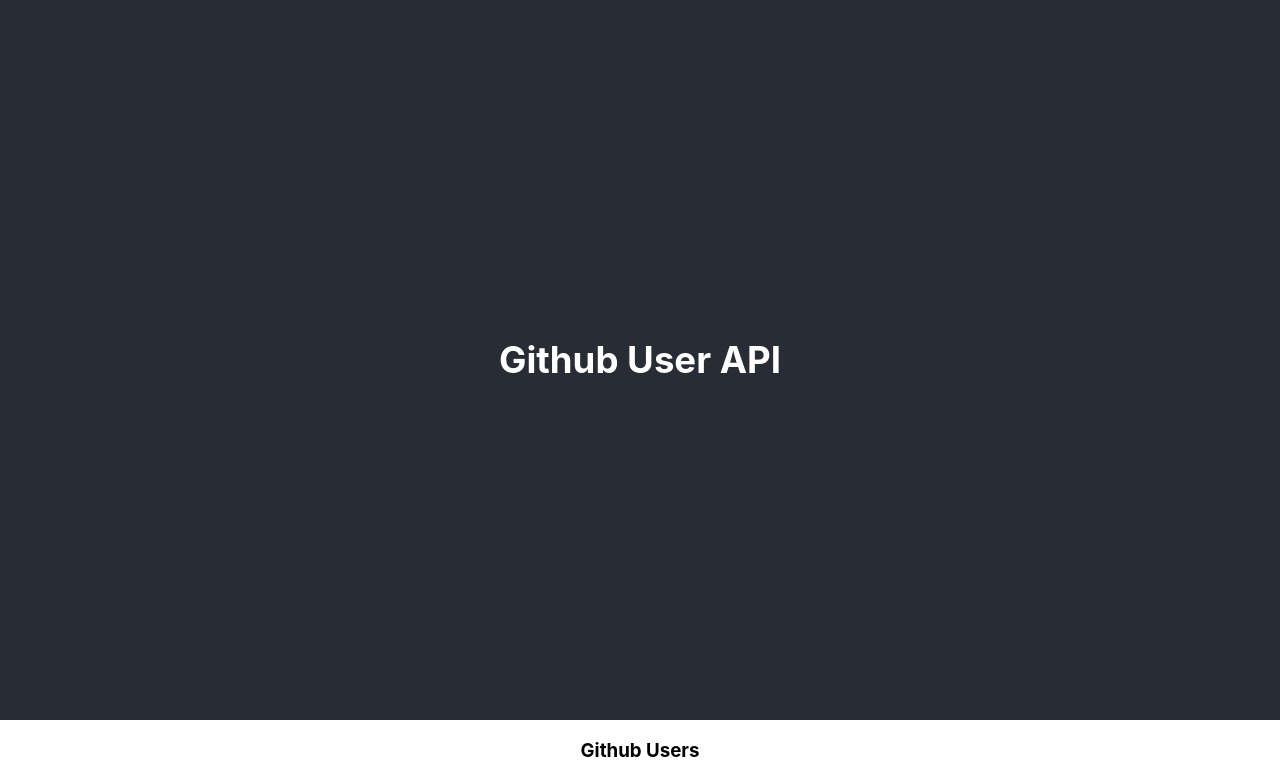
Repository: JohnDunst/gittest
Page: /
The author's editor kept a copy of each file at every save. The page is drawn from the files as they stood at one save, then again after the next save.
The browser window is 1280 px wide. The pictures show the whole page.
The page's requests for data from a server got no answer. The project was rebuilt for these pictures with package versions that can differ from the ones it lists, and the page was loaded fresh each time. No one was signed in, and anything a server would have sent is missing.

Above is the page before, as saved 2023-08-05 23:52:06.

After the next save:
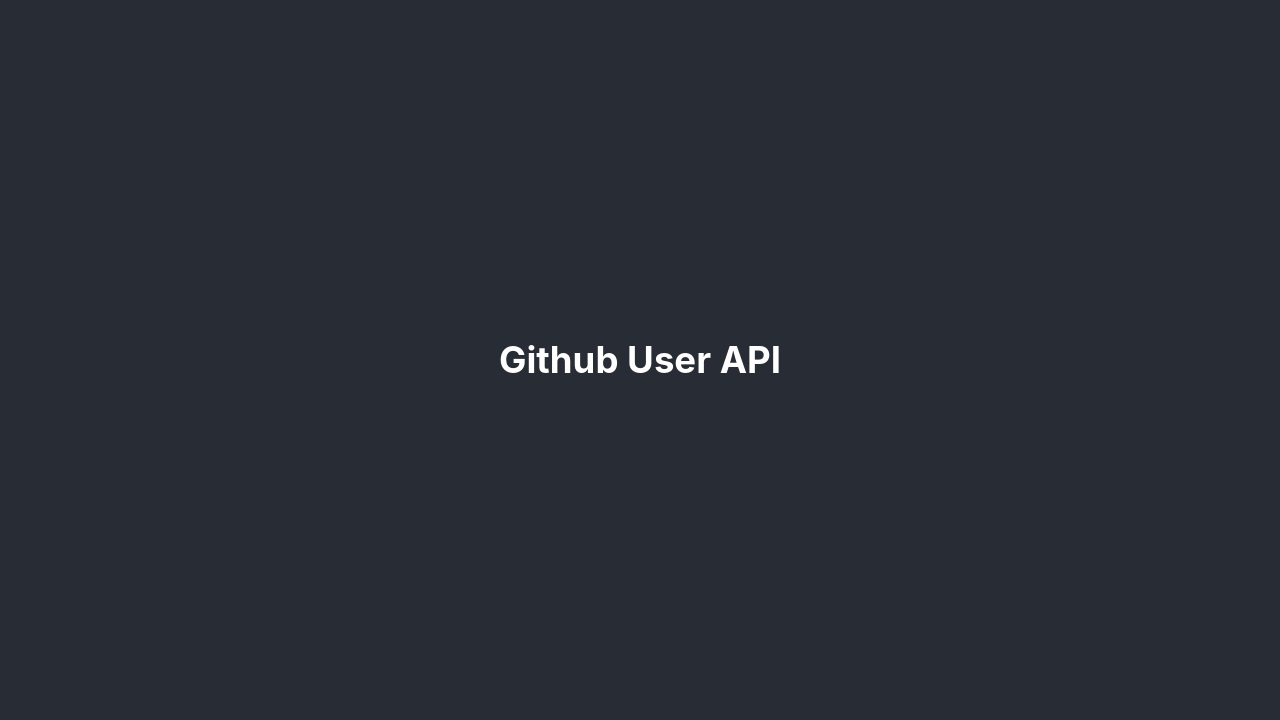
Saved 2 min 40 s later.
--- a/src/components/MainComponent.js
+++ b/src/components/MainComponent.js
@@ -3,37 +3,55 @@
 const url = 'https://api.github.com/users/defunkt';
 
 const Main = () => {
-  const [users, setUsers] = useState([]);
+    const [users, setUsers] = useState([]);
 
-  const getUsers = async () => {
-    const response = await fetch(url);
-    const users = await response.json();
-    setUsers(users);
-  };
 
-  useEffect(() => {
-    getUsers();
-  }, []);
 
-  return (
-    <div>
-      <h3>Github Users</h3>
-      <ul className='users'>
-        {users.map((user) => {
-          const { id, login, avatar_url, html_url } = user;
-          return (
-            <li key={id}>
-              <img src={avatar_url} alt={login} />
-              <div>
-                <h4>{login}</h4>
-                <a href={html_url}>profile</a>
-              </div>
-            </li>
-          );
-        })}
-      </ul>
-    </div>
-  );
-};
+    const getUsers = async () => {
+        const response = await fetch("https://api.github.com/users");
+        const FinalData = await response.json();
+        setUsers(FinalData)
+    }
+
+
+
+    useEffect(() => {
+        getUsers();
+    }, [])
+
+
+    return (
+
+            <div className="container">
+
+                {
+                    users.map((curElem) => {
+                        return (
+
+                            <div className="card_item" key={curElem.id}>
+                                <div className="card_inner">
+                                    <img src={curElem.avatar_url} alt="" />
+                                    <div className="userName">{curElem.login}</div>
+                                    <div className="userUrl">{curElem.url}</div>
+                                    <div className="detail-box">
+
+                                        <div className="gitDetail"><span>Articles</span>23</div>
+                                        <div className="gitDetail"><span>Following</span>45</div>
+                                        <div className="gitDetail"><span>Followers</span>11</div>
+                                    </div>
+                                    <button className="seeMore">See More</button>
+                                </div>
+
+                            </div>
+                        )
+                    })
+                }
+
+            </div>
+
+
+    )
+}
+
 
 export default Main;
